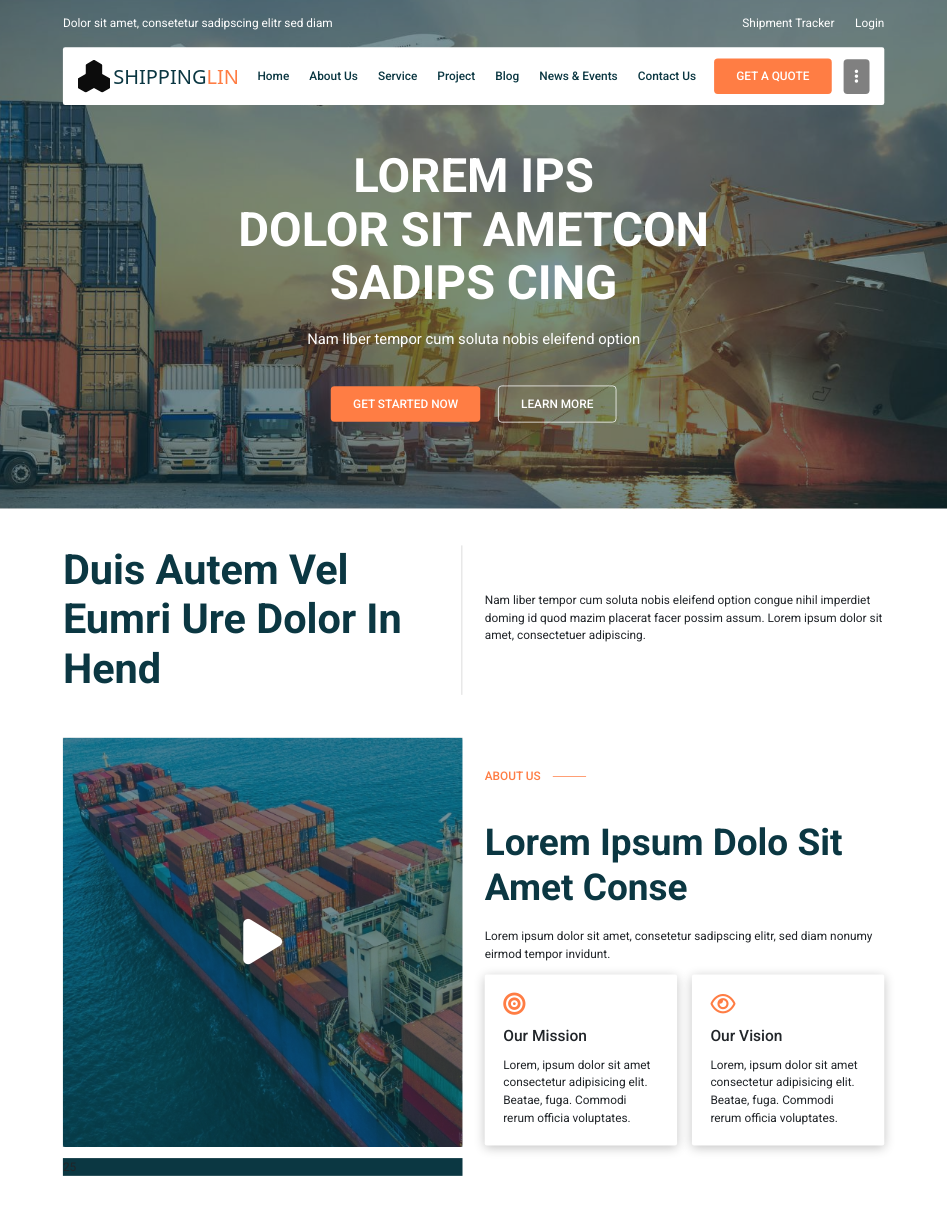
Repository: nazmulalok/shipping-template
Page: index.html
These files come from the project's save history. The page is drawn as it stood at one moment and after the next save; the edit follows.
The browser window is 1280 px wide. The pictures show the whole page, at 74% of full size.
Some web libraries are served in a nearby version.

Above is the page before, as saved 2022-10-08 11:35:19.

### index.html
<!DOCTYPE html>
<html lang="en">

    <head>
        <meta charset="UTF-8">
        <meta http-equiv="X-UA-Compatible" content="IE=edge">
        <meta name="viewport" content="width=device-width, initial-scale=1.0">
        <link rel="preconnect" href="https://fonts.googleapis.com">
        <link rel="preconnect" href="https://fonts.gstatic.com" crossorigin>
        <link
            href="https://fonts.googleapis.com/css2?family=Roboto:ital,wght@0,300;0,400;0,500;0,700;0,900;1,300;1,400;1,500;1,700;1,900&display=swap"
            rel="stylesheet">
        <link rel="stylesheet" href="https://cdnjs.cloudflare.com/ajax/libs/font-awesome/6.2.0/css/all.min.css"
            integrity="sha512-xh6O/CkQoPOWDdYTDqeRdPCVd1SpvCA9XXcUnZS2FmJNp1coAFzvtCN9BmamE+4aHK8yyUHUSCcJHgXloTyT2A=="
            crossorigin="anonymous" referrerpolicy="no-referrer" />
        <link rel="stylesheet" href="https://cdn.jsdelivr.net/npm/bootstrap@4.0.0/dist/css/bootstrap.min.css"
            integrity="sha384-Gn5384xqQ1aoWXA+058RXPxPg6fy4IWvTNh0E263XmFcJlSAwiGgFAW/dAiS6JXm" crossorigin="anonymous">
        <link rel="stylesheet" href="style.css">
        <title>Document</title>
    </head>

    <body>
        <header class="header-top">
            <div class="container">
                <div class="top-bar">
                    <p class="m-0">Dolor sit amet, consetetur sadipscing elitr sed diam</p>
                    <div>
                        <span class="mr-4">Shipment Tracker</span>
                        <span>Login</span>
                    </div>
                </div>
                <div class="header-area">
                    <div class="logo">
                        <img src="images/box.svg" alt="Logo Box" class="me-2">
                        <img src="images/shipping-logo.svg" alt="Shipping Logo">
                    </div>
                    <nav>
                        <ul>
                            <li><a href="#">Home</a></li>
                            <li><a href="#">About Us</a></li>
                            <li><a href="#">Service</a></li>
                            <li><a href="#">Project</a></li>
                            <li><a href="#">Blog</a></li>
                            <li><a href="#">News & Events</a></li>
                            <li><a href="#">Contact Us</a></li>
                        </ul>
                    </nav>
                    <div class="nav-btn">
                        <a class="common-btn mr-3" href="#">Get A Quote</a>
                        <i class="fa-solid fa-ellipsis-vertical"></i>
                    </div>
                </div>
            </div>
        </header>
        <!-- Slider -->
        <section>
            <div class="main-slider">
                <div class="container">
                    <div class="slide-content">
                        <div class="slide-text">
                            <div class="slider-title mb-4">Lorem ips<br>
                                dolor sit ametcon<br>
                                sadips cing</div>
                            <p>Nam liber tempor cum soluta nobis eleifend option</p>
                            <div class="sliderBtn mt-5"><a class="common-btn mr-4" href="#">Get Started Now</a><a
                                    class="common-btn outline-btn" href="#">Learn More</a></div>
                        </div>
                    </div>
                </div>
            </div>
        </section>
        <!-- Slider Ends -->
        <div class="common-sec">
            <div class="container">
                <div class="row align-items-center">
                    <div class="col-lg-6">
                        <h1 class="border-heading">Duis Autem Vel Eumri
                            Ure Dolor In Hend</h1>
                    </div>
                    <div class="col-lg-6">
                        <p class="ms-4">Nam liber tempor cum soluta nobis eleifend option congue nihil imperdiet doming
                            id quod mazim
                            placerat facer possim assum. Lorem ipsum dolor sit amet, consectetuer adipiscing.</p>
                    </div>
                </div>
                <div class="row align-items-center mt-5">
                    <div class="col-lg-6">
                        <div class="video-box img-box img-shadow">
                            <img src="images/ship-products.jpg" alt="Ship Products" />
                            <a data-fancybox="" href="" class="video-btn">
                                <i class="fa fa-play"></i>
                            </a>
                        </div>
                        <div class="exp-section">
                            <div class="title">
                                25
                            </div>
                        </div>
                    </div>
                    <div class="col-lg-6">
                        <span class="sp-title">About Us</span>
                        <h2 class="mb-4">Lorem Ipsum Dolo
                            Sit Amet Conse</h2>
                        <p>Lorem ipsum dolor sit amet, consetetur sadipscing elitr, sed diam nonumy eirmod tempor
                            invidunt.</p>
                        <div class="boxes">
                            <div class="common-box">
                                <div class="content">
                                    <i class="fa-solid fa-bullseye"></i>
                                    <div class="box-title">
                                        Our Mission
                                    </div>
                                    <p>Lorem, ipsum dolor sit amet consectetur adipisicing elit. Beatae, fuga. Commodi
                                        rerum
                                        officia voluptates.</p>
                                </div>
                            </div>
                            <div class="common-box">
                                <div class="content">
                                    <i class="fa-regular fa-eye"></i>
                                    <div class="box-title">
                                        Our Vision
                                    </div>
                                    <p>Lorem, ipsum dolor sit amet consectetur adipisicing elit. Beatae, fuga. Commodi
                                        rerum
                                        officia voluptates.</p>
                                </div>
                            </div>
                        </div>
                    </div>
                </div>
            </div>
        </div>














        <script src="https://code.jquery.com/jquery-3.2.1.slim.min.js"
            integrity="sha384-KJ3o2DKtIkvYIK3UENzmM7KCkRr/rE9/Qpg6aAZGJwFDMVNA/GpGFF93hXpG5KkN"
            crossorigin="anonymous"></script>
        <script src="https://cdn.jsdelivr.net/npm/popper.js@1.12.9/dist/umd/popper.min.js"
            integrity="sha384-ApNbgh9B+Y1QKtv3Rn7W3mgPxhU9K/ScQsAP7hUibX39j7fakFPskvXusvfa0b4Q"
            crossorigin="anonymous"></script>
        <script src="https://cdn.jsdelivr.net/npm/bootstrap@4.0.0/dist/js/bootstrap.min.js"
            integrity="sha384-JZR6Spejh4U02d8jOt6vLEHfe/JQGiRRSQQxSfFWpi1MquVdAyjUar5+76PVCmYl"
            crossorigin="anonymous"></script>
    </body>

</html>

### style.css
/* Common CSS Starts*/
*,
*::before,
*::after {
    box-sizing: border-box;
    margin: 0;
    padding: 0;
}

html {
    scroll-behavior: smooth;
}

:root {
    --main-color: #FF7D44;
    --secondary-color: #0B3742;
    --tertiary-color: #FFFFFF;
}

body {
    font-family: 'Roboto', sans-serif;
}

a.white-space {
    white-space: nowrap;
}

/* Common CSS Ends */

/* slider style starts */

.main-slider>* {
    z-index: 10;
}

.main-slider {
    background: url(images/shipping-banner.jpg);
    height: 700px;
    width: 100%;
    background-size: cover;
    background-repeat: no-repeat;
    background-position: center;
    position: relative;
    display: flex;
    align-items: center;
    transition: all 1s;
    margin-top: -155px;
    z-index: 50;
}

.main-slider:before {
    content: '';
    width: 100%;
    height: 100%;
    top: 0;
    left: 0;
    position: absolute;
    background-color: rgb(11 55 66 / 55%);
    z-index: 1;
}

.slide-content {
    text-align: center;
}

.slide-text {
    color: var(--tertiary-color);
    padding-top: 100px;
}

.slider-title {
    font-size: 4rem;
    font-weight: 600;
    line-height: 4.5rem;
    text-transform: uppercase;
}

.slide-text p {
    font-size: 20px;
}

a.common-btn {
    display: inline-block;
    text-decoration: none;
    color: var(--tertiary-color);
    background: var(--main-color);
    padding: 12px 30px;
    border-radius: 5px;
    font-size: 16px;
    font-weight: 500;
    text-transform: uppercase;
    transition: all 1s ease;
}

a.common-btn:hover {
    background: var(--tertiary-color);
    color: var(--secondary-color);
}

a.common-btn.outline-btn {
    background: transparent !important;
    border: 1px solid var(--tertiary-color);
}

a.common-btn.outline-btn:hover {
    background: var(--tertiary-color) !important;
}

/* Header style starts */

.header-top {
    z-index: 100;
    background: transparent;
    position: relative;
}

.top-bar,
.header-area {
    display: flex;
    justify-content: space-between;
    align-items: center;
    color: var(--tertiary-color);
}

.top-bar {
    padding: 20px 0px;
}

.header-area {
    background: var(--tertiary-color);
    padding: 15px 20px;
    border-radius: 3px;
}

nav ul {
    list-style-type: none;
    color: var(--secondary-color);
    display: flex;
    gap: 1.7rem;
    margin: 0;
}

nav ul a {
    color: var(--secondary-color);
    text-decoration: none;
    font-size: 16px;
    font-weight: 500;
    transition: all 0.5s;
}

nav ul a:hover {
    color: var(--main-color);
    transition: all 0.5s;
}

.nav-btn {
    align-items: center;
    display: flex;
}

.nav-btn i {
    color: var(--tertiary-color);
    font-size: 21px;
    background: gray;
    padding: 13px 15px;
    border-radius: 5px;
}

/* Headings Styles */

h1 {
    font-size: 56px;
}

h2 {
    font-size: 50px;
}

h3 {
    font-size: 44px;
}

h4 {
    font-size: 38px;
}

h5 {
    font-size: 32px;
}

h6 {
    font-size: 26px;
}

h1,
h2,
h3,
h4,
h5,
h6 {
    font-weight: 700;
    margin-bottom: 10px;
    color: var(--secondary-color);
}

/* Section Styles */

.py-50,
.common-sec {
    padding-top: 50px;
    padding-bottom: 50px;
}

.common-sec {
    position: relative;
    z-index: 0;
}

.common-sec:nth-child(even):before {
    content: "";
    position: absolute;
    width: 1000%;
    height: 100%;
    top: 50%;
    left: 50%;
    transform: translate(-50%, -50%);
    background-color: #f9f9f9;
    border-bottom: 1px solid #f6f6f6;
    z-index: -1;
}

/* Image box style */

.img-box {
    border-radius: 3px;
    transition: 0.5s;
    margin-bottom: 15px;
    text-align: center;
    position: relative;
}

.img-box img {
    border-radius: 3px;
}

.img-box:last-child {
    margin-bottom: 0;
}

figure.img-box img+figcaption {
    margin-top: 10px;
    text-align: left;
    padding: 10px;
    border-radius: 3px;
    box-shadow: -5px 5px 20px 0 rgb(0 0 0 / 5%);
}

.img-box.img-shadow:before {
    content: '';
    width: 100%;
    height: 100%;
    position: absolute;
    top: 0;
    left: 0;
    background-color: rgb(11 55 66 / 55%);
}

/* Video Box */

.video-box {
    position: relative;
}

.video-box img {
    border-radius: 3px;
    width: 100%;
}

.video-btn {
    position: absolute;
    text-align: center;
    color: var(--tertiary-color);
    font-size: 30px;
    border: none;
    left: 50%;
    top: 50%;
    -webkit-transform: translate(-50%, -50%);
    transform: translate(-50%, -50%);
    display: flex;
    justify-content: center;
    align-items: center;
    text-decoration: none !important;
    box-shadow: none;
    transition: 0.5s;
}

.video-btn .fa-play {
    color: var(--tertiary-color);
    position: relative;
    z-index: 99;
    -webkit-transition: color 0.5s;
    transition: 0.5s;
    text-decoration: none;
    line-height: 80px;
    font-size: 70px;
}

.video-btn:hover {
    color: inherit;
}

.video-btn:hover .fa-play {
    color: var(--main-color);
}

.video-btn:before,
.video-btn:after {
    display: none;
}

/* Common Box Styles */

.common-box {
    box-shadow: rgb(0 0 0 / 24%) 0px 3px 15px;
    height: 100%;
    background-color: #fff;
    border-radius: 3px;
    transition: all 0.5s ease;
}

.common-box>.img-box {
    margin-bottom: 0;
}

.common-box .common-heading:last-child,
.common-box p:last-child,
.common-box ul:last-child,
.common-box ul:last-child li:last-child,
.common-box .img-box:last-child {
    margin-bottom: 0;
}

.common-box>.content {
    padding: 25px;
}

/* Other CSS Starts */

.border-heading {
    border-right: 2px solid #E8E8E8;
}

.sp-title {
    display: flex;
    text-transform: uppercase;
    color: var(--main-color);
    font-weight: 500;
    align-items: center;
    margin-bottom: 3rem;
}

.sp-title:after {
    content: '';
    width: 20px;
    height: 1px;
    background: var(--main-color);
    flex: 0.1;
    margin-left: 1rem;
}

.boxes {
    display: grid;
    grid-template-columns: 1fr 1fr;
    grid-gap: 20px;
}

.common-box i {
    color: var(--main-color);
    font-size: 30px;
}

.common-box .box-title {
    font-size: 21px;
    font-weight: 500;
    margin: 10px 0px;
}

.common-box:hover {
    background-color: var(--main-color);
    color: var(--tertiary-color);
    transition: all 0.5s ease;
}

.common-box:hover i {
    color: var(--tertiary-color);
    transition: all 1s ease;
}

.exp-section {
    background: var(--secondary-color);
}

After the next save:
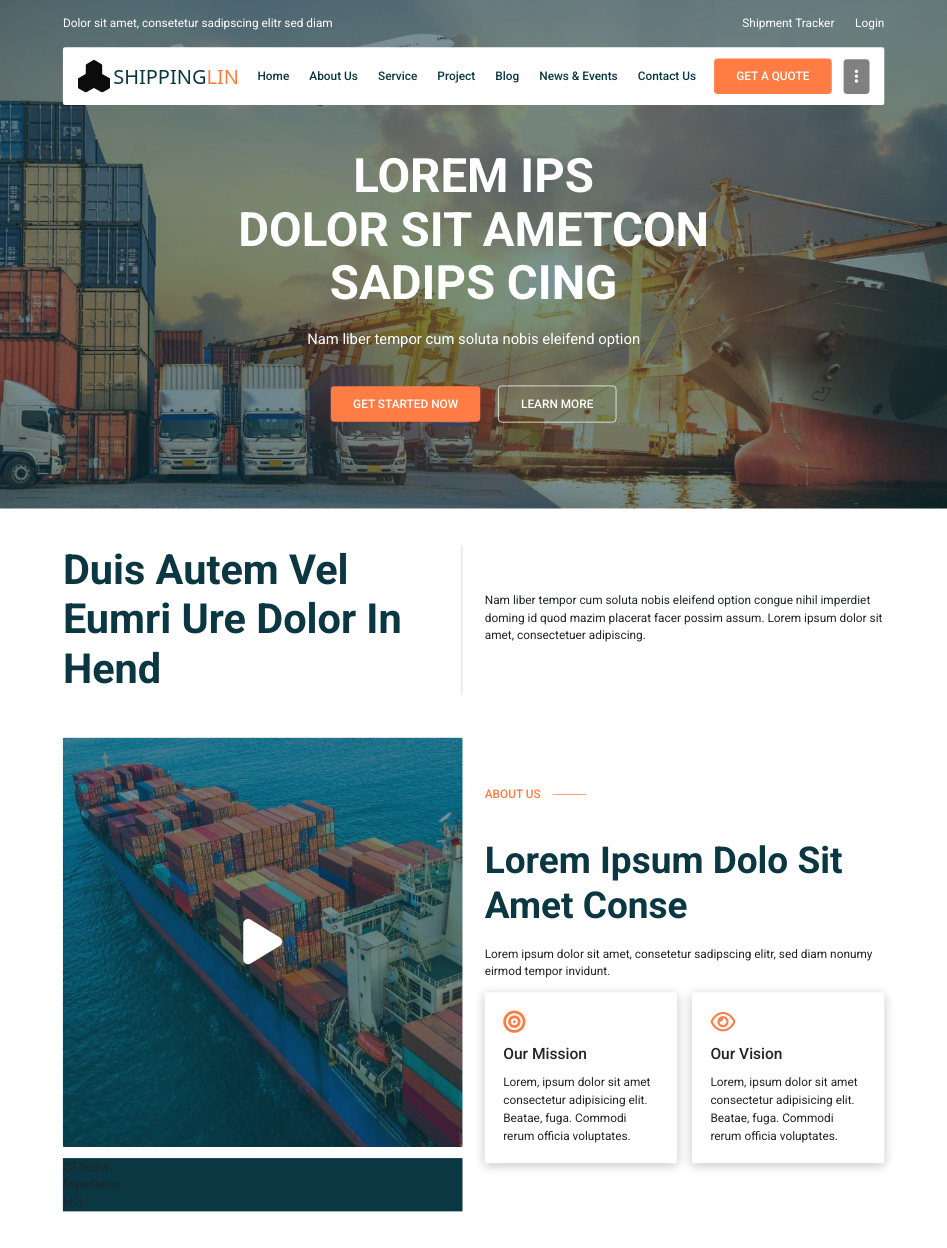
Saved 6 min 58 s later.
--- a/index.html
+++ b/index.html
@@ -93,7 +93,9 @@
                         </div>
                         <div class="exp-section">
                             <div class="title">
-                                25
+                                25 <span class="exp-title">
+                                    Years <br>Experience <br>In It
+                                </span>
                             </div>
                         </div>
                     </div>
